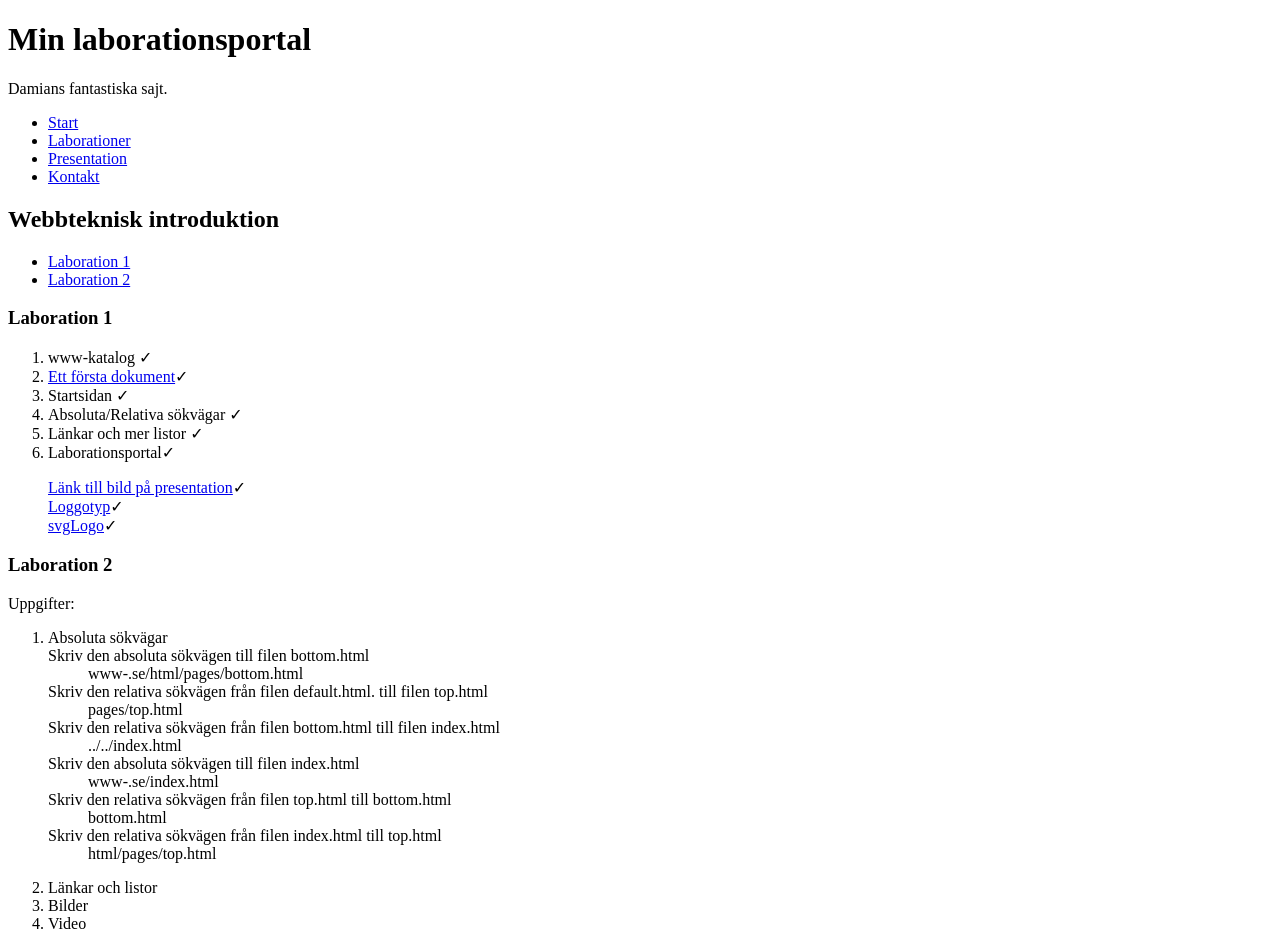
Repository: dg222dm/1ik415-laborationer
Page: pages/laborationer.html
The author's editor kept a record of every edit. The page is drawn from the files as they stood at one moment, then again after the next edit.
The browser window is 1280 px wide. The pictures show the whole page.

Above is the page before.

After the next edit:
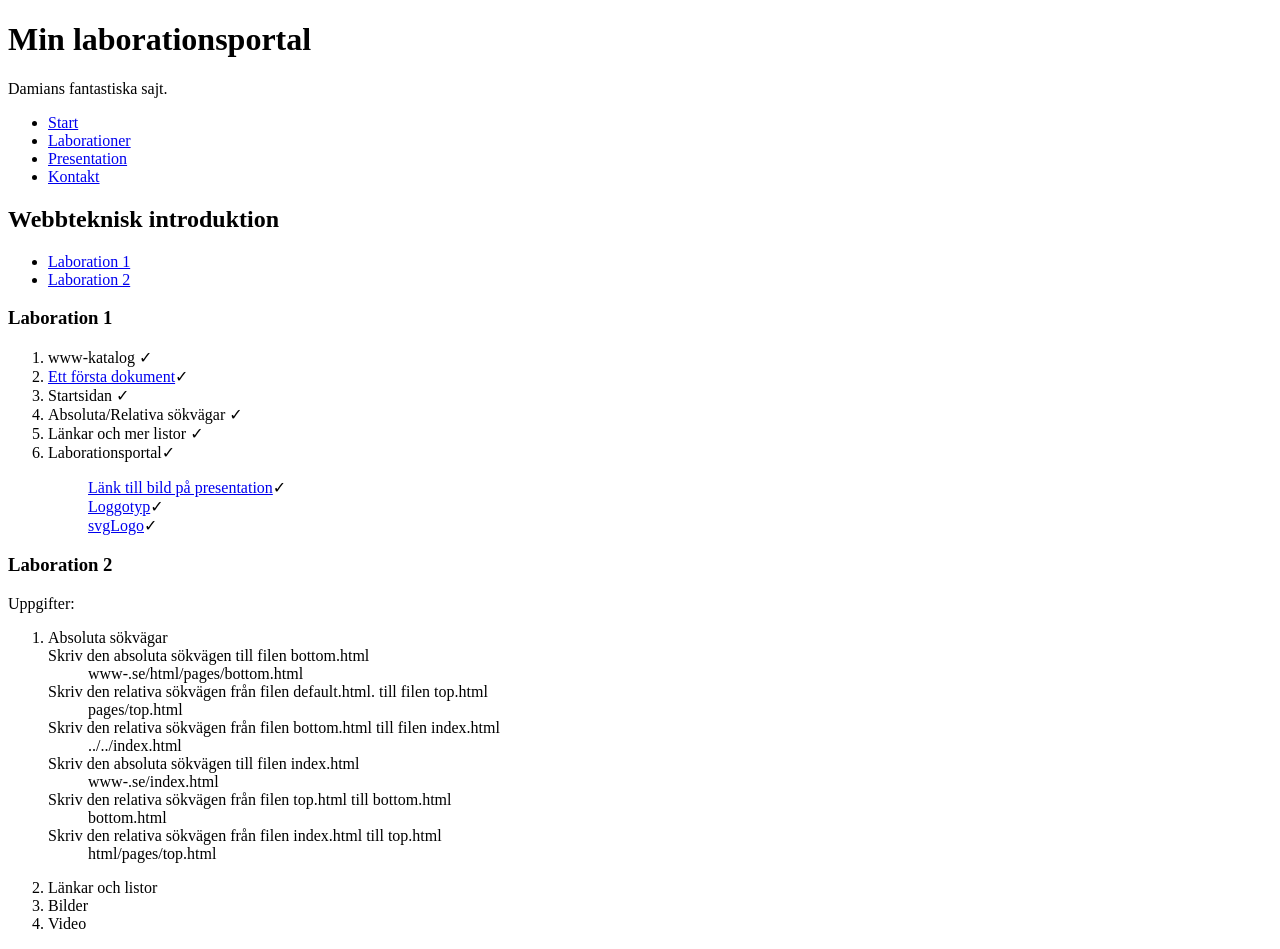
The edit:
--- a/pages/laborationer.html
+++ b/pages/laborationer.html
@@ -35,10 +35,10 @@
             <li>Absoluta/Relativa sökvägar &#x2713;</li>
             <li>Länkar och mer listor &#x2713;</li>
             <li>Laborationsportal&#x2713;
-            <dl><dd>
-            <dt><a href="presentation.html#lyra">Länk till bild på presentation</a>&#x2713;</dt>
-            <dt><a href="../pics/LoggoLab1.png">Loggotyp</a>&#x2713;</dt>
-            <dt><a href="../index.html#svgLogo">svgLogo</a>&#x2713;</dt>
+            <dl>
+            <dt><dd><a href="presentation.html#lyra">Länk till bild på presentation</a>&#x2713;</dd></dt>
+            <dt><dd><a href="../pics/LoggoLab1.png">Loggotyp</a>&#x2713;</dd></dt>
+            <dt><dd><a href="../index.html#svgLogo">svgLogo</a>&#x2713;</dd></dt>
             </dl></li>
         </ol>
         <h3><a id="lab2">Laboration 2</a></h3>

After the edit that followed:
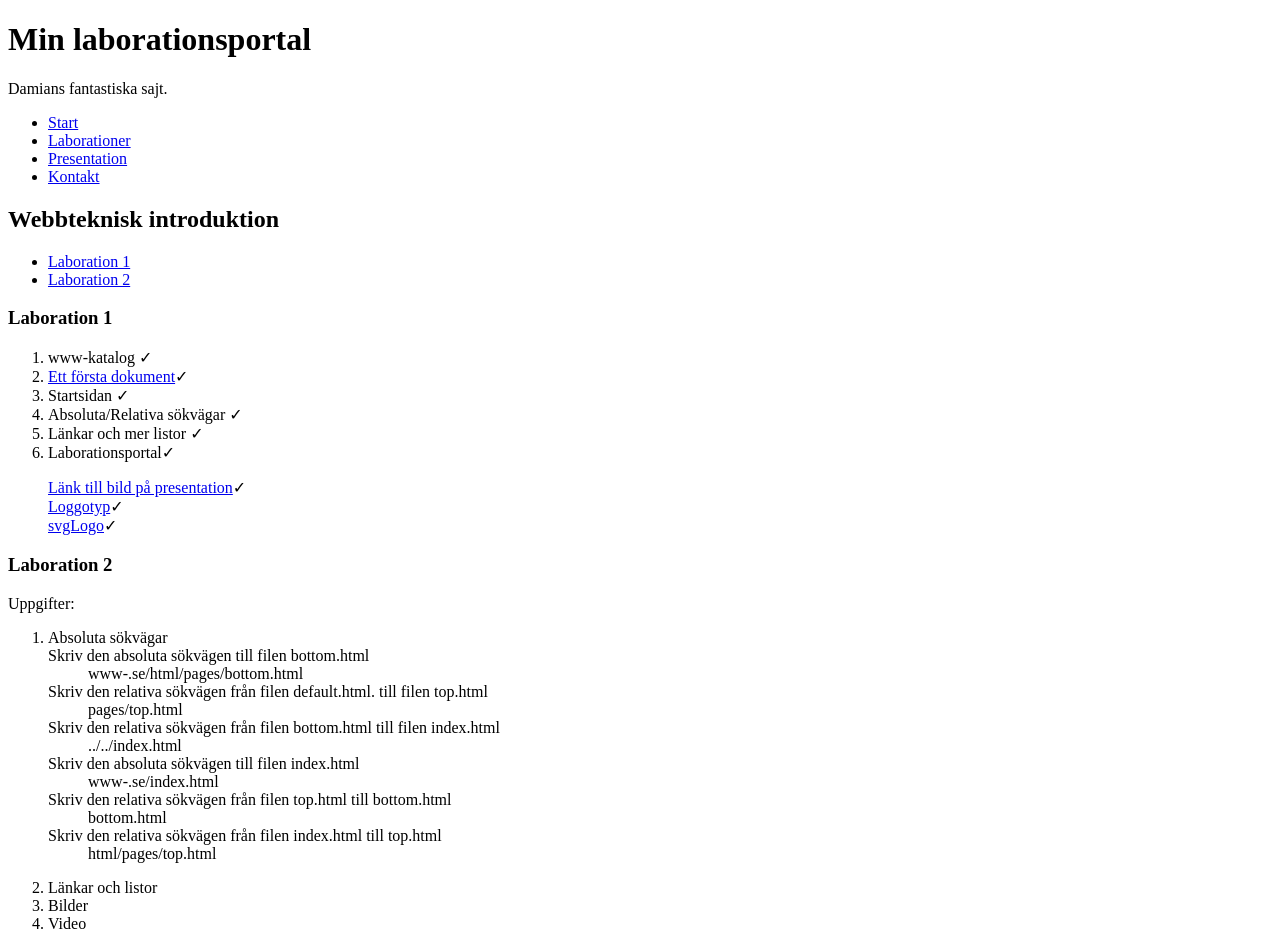
The edit:
--- a/pages/laborationer.html
+++ b/pages/laborationer.html
@@ -36,9 +36,9 @@
             <li>Länkar och mer listor &#x2713;</li>
             <li>Laborationsportal&#x2713;
             <dl>
-            <dt><dd><a href="presentation.html#lyra">Länk till bild på presentation</a>&#x2713;</dd></dt>
-            <dt><dd><a href="../pics/LoggoLab1.png">Loggotyp</a>&#x2713;</dd></dt>
-            <dt><dd><a href="../index.html#svgLogo">svgLogo</a>&#x2713;</dd></dt>
+            <dt><a href="presentation.html#lyra">Länk till bild på presentation</a>&#x2713;</dt>
+            <dt><a href="../pics/LoggoLab1.png">Loggotyp</a>&#x2713;</dt>
+            <dt><a href="../index.html#svgLogo">svgLogo</a>&#x2713;</dt>
             </dl></li>
         </ol>
         <h3><a id="lab2">Laboration 2</a></h3>
